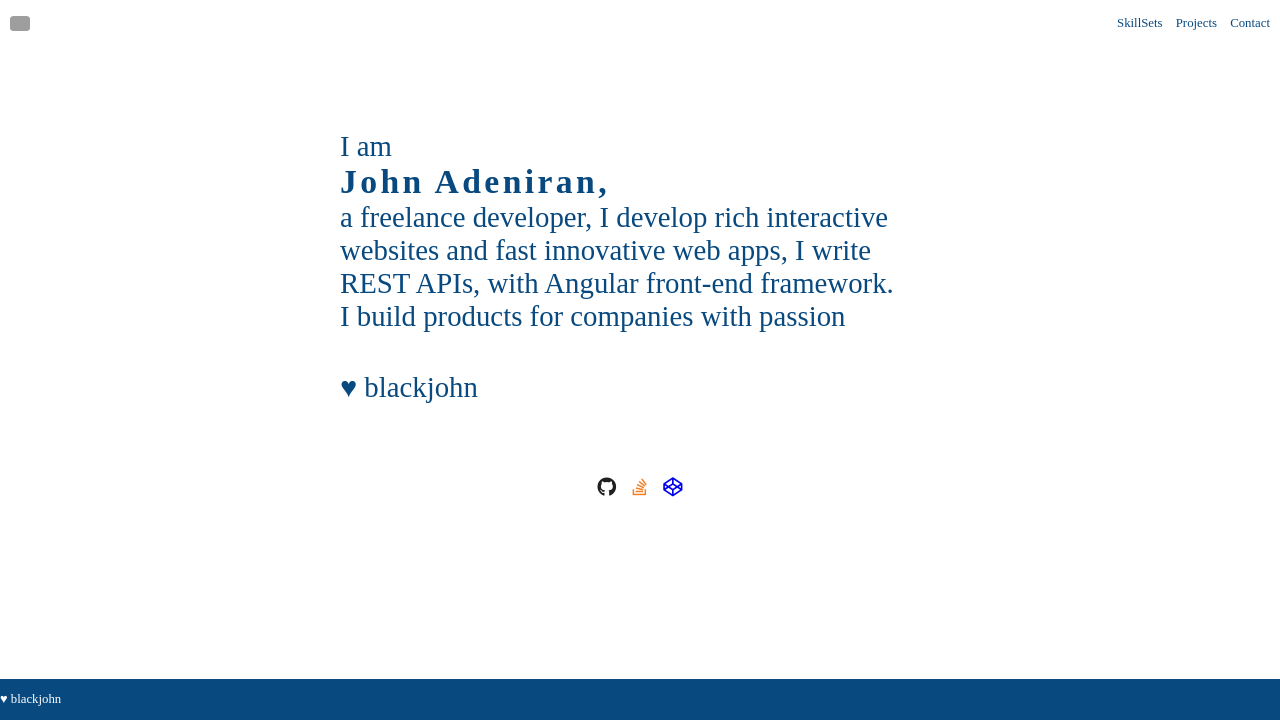
Repository: adeniranjohn/adeniranjohn.github.io
Page: index.html
The author's editor kept a copy of each file at every save. The page is drawn from the files as they stood at one save, then again after the next save.
The browser window is 1280 px wide. The pictures show the whole page.
Pictures or frames that could not be fetched are drawn as grey boxes. Some web libraries are served in a nearby version.

Above is the page before, as saved 2021-04-04 14:08:04.

### index.html
<!DOCTYPE html>
<html lang="en">

<head>
    <meta charset="utf-8">
    <meta http-equiv="X-UA-Compatible" content="IE=edge">
    <title>John Adeniran</title>
    <meta name="description" content="John Adeniran Portfolio page">

    <link rel="manifest" href="manifest.webmanifest">
    <meta name="viewport" content="width=device-width, initial-scale = 1.0,
        maximum-scale=1.0, user-scalable=no" />
        <meta name="theme-color" content="#08497F">
                                <link rel="stylesheet" href="main.css">
                                <link rel="apple-touch-icon" href="icon-192.png">
<link rel="stylesheet" href="https://use.fontawesome.com/releases/v5.8.1/css/all.css"
    integrity="sha384-50oBUHEmvpQ+1lW4y57PTFmhCaXp0ML5d60M1M7uH2+nqUivzIebhndOJK28anvf" crossorigin="anonymous">

</head>

<body>
    <noscript>




    </noscript>
    <header>
            <nav>
                    <ul>
                    <li data-tab-target="#home">
                        <img src="https://res.cloudinary.com/blackjohn/image/upload/v1554350699/BlackJohn.jpg"
                            alt="Adeniran John Profile Image">
                    </li>
                    <span>
                    <li data-tab-target="#skillset">SkillSets</li>
                    <li data-tab-target="#experience">Projects</li>
                    <li data-tab-target="#contact">Contact</li>
                    </span>
                </ul>
            </nav>

    </header>
    <main>
        <section data-section-content id="home" class="active">
            <section id="title">
            <div id="name">
                <span>I am<h1><strong>John Adeniran</strong>,</h1>
                        a freelance developer,
                      I develop rich interactive websites and fast innovative web apps,
                       I write REST APIs, with  Angular front-end framework.<br>
                      I build products for companies with passion</span><br>
                    <span>&hearts; blackjohn</span>

            </div>

            <section id="tags">
                <ul>
                    <li><a href="https://github.com/adeniranjohn" alt="GitHub" target="_blank" rel="noopener"
                            aria-label="GitHub"><i class="fab fa-github"></i></a>
                    </li>
                    <li><a href="https://stackoverflow.com/users/6594090/adeniran-john" target="_blank" rel="noopener"
                            aria-label="StackOverFlow"><i class="fab fa-stack-overflow" alt="StackOverflow"></i></a>
                    </li>
                    <li><a href="https://codepen.io/jasolajohn" alt="Codepen" target="_blank" rel="noopener"
                            aria-label="Codepen"><i class="fab fa-codepen"></i></a></li>
                </ul>

            </section>
        </section>
        </section>

        <section data-section-content id="skillset">
            <div class="skills">
                <h2><i class="fas fa-laptop-code"></i> Skill sets </h2>
                <ul class="points">

                    <li>
                        <p><strong>Framework: </strong>NodeJS | Express | Angular</p>
                    <li>
                        <p><strong>Technology: </strong>HTML | JSON | ServiceWorker | Single Page Apps | Progressive Web
                            Apps
                    </li>
                    </p>
                    </li>
                    <li>
                        <p><strong>Databases: </strong>Microsoft SQL Sever | MongoDB | MySQL | PostGreSQL</p>
                    </li>
                    <li>
                        <p><strong>IDE: </strong>Visual studio Code | Sublime | Atom</p>
                    </li>
                    <li>
                        <p><strong>Source Control: </strong>GitBash | GitHub</p>
                    </li>
                    <li>
                        <p><strong>Cloud: </strong>Azure | Google Cloud </p>
                    </li>
                    <li>
                        <p><strong>Hardware: </strong>Laptop Repair | Data Recovery | MotherBoard | Printers</p>
                    </li>
                </ul>
                <h2><i class="fas fa-laptop-code"></i> Learning... </h2>
                <ul class="points">

                    <li>
                        <p><strong>Framework: </strong>React | GraphQL</p>
                    <li>
                        <p><strong>Technology: </strong>AWS Lambda, EC2</p>
                    </li>
                    </li>
                    <li>
                        <p><strong>Cloud: </strong>Amazon Web Servicses</p>
                    </li>
                </ul>

            </div>

            </div>
        </section>
        <section data-section-content id="experience">
            <div class="experience">


            <h2><i class="fas fa-tasks"></i>Projects</h2>
            <h3>TrendyThrift</h3><span>www.trendythrift.com.ng</span>
            <ul class="points">
                <li>Tech Stack: MongoDB, Express Angular, NodeJS</li>
                <li> User Interface: Angular Material </li>
                <li>Hosting: Firebase, Heroku</li>
            </ul>
            <h3>PerfectWash</h3><span>www.perfectwash.ng</span>
            <ul class="points">
                <li>Tech Stack: MongoDB, Express Angular, NodeJS</li>
                <li> User Interface: Angular Material </li>
                <li> Hosting: Firebase, Heroku</li>
            </ul>

            <h2><i class="fas fa-tasks"></i>On-going Projects </h2>
            <h3>Co-Operative box</h3><span>www.trendythrift.com.ng</span>
            <ul class="points">
                <li>Tech Stack: PostGreSQL, Express Angular, NodeJS</li>
                <li> User Interface: Angular Material </li>
                <li>Hosting: Firebase, AWS</li>
            </ul>
            <h3>Learning Management System</h3>
            <ul class="points">
                <li>Tech Stack: MongoDB, Express Angular, NodeJS</li>
                <li> User Interface: Angular Material </li>
                <li> Hosting: Firebase, AWS</li>
            </ul>

         </div>
        </section>
        <section data-section-content id="contact">
            <div class="contact">
            <h2><i class="far fa-thumbs-up"></i>Reach out</h2>

            <div id="messageme">
                <h4>Socials</h4>
                <p><a href="https://twitter.com/jasolajohn" alt="Twitter" target="_blank" rel="noopener" aria-label="Twitter">
                    <i class="fab fa-twitter"></i> @jasolajohn</a></p>
                <p><a href="https://www.linkedin.com/in/adeniranjohn" alt="LinkedIn" target="_blank" rel="noopener"
                    aria-label="LinkedIn"><i class="fab fa-linkedin"></i> LinkedIn</a></p>
            </div>
                <h4>Contacts</h4>
                <p><a  href="mailto:jasolajohn@gmail.com"  alt="Email" target="_blank" rel="noopener"><i class="fas fa-envelope"></i>jasolajohn@gmail.com</a></p>
                <p><a href="tel: +2348031510308" alt="Phone" target="_blank" rel="noopener"><i class="fas fa-mobile-alt"></i>08131510308</a></p>
            </div>

        </section>


    </main>
<!--
<footer>
    <span><a href="https://goo.gl/maps/5BUL1kiMXyK5koTF9" alt="Location" target="_blank" rel="noopener"></a><i class="fas fa-map-marker-alt"></i>Lagos,Nigeria</span>

    <button><a href="https://docs.google.com/document/d/1spjwshgeOjIvIsZfotHmAr0LVjTlstLbj85rArdgb8A/edit?usp=sharing" alt="CV" download="adeniranjohnCV" target="_blank" rel="noreferrer">Download CV</a></button>


 </footer>-->

 <footer>
<p> &hearts; blackjohn</p>
 </footer>
<script src="main.js" async defer></script>


</body>

</html>

### main.css
html,
body {
    font-family: 'montserrat';
    padding: 0;
    margin: 0;
    font-size: 16px;
    color: #08497F;
}

body {
    width: 100%;
    max-width: 960px;

}

header {
    padding: 0;
    margin: 0;
}



h1 {
    letter-spacing: 0.1em;
    margin: 0;
    padding: 0;
}

section#title {
    display: grid;
    place-items: center;
    vertical-align: middle;
}


section#title,
section#tags {
    margin-top: 50px;
}

div#name {
    vertical-align: middle;

}

div#name span {
    padding-top: 20px;
    margin: 0 auto;
    display: block;
    font-size: 10px;
    text-align: left;
    max-width: 600px;
    font-size: 1.8rem;
}


div#messageme a {
    text-decoration: none;
}

section#title {
    text-align: center;
    padding: 10px;
}

section#tags {
    text-align: center;
}

section#tags ul {
    display: flex;
    list-style-type: none;
    max-width: 500px;
    flex-flow: row;
    flex-wrap: wrap;
    margin: 10px auto;
    padding: 5px;
}




section#tags ul li i {
    font-size: 1.2em;

}

section#tags ul li {
    display: flex;
    margin: auto;
    padding: 0.2em;
}

div.skills,
div.contact,
div.experience {
    margin: 0 auto;
    padding: 10px;
}

nav {
    padding: 0;
    margin: 0 auto;
    line-height: 20px;
    position: fixed;
    top: 0px;
    width: 100vw;
    cursor: pointer;
    display: block;
    font-size: 0.8em;
}

nav ul {
    list-style-type: none;
    padding: 0 5px;
    display: block;

}

nav ul span {
    float: right;
}

nav ul span::after {
    clear: both;
}




nav ul li {
    padding: 5px;
    display: inline;
    color: #08497F;
    text-align: center;
    list-style-type: none;
    font-weight: 500;

}

nav ul li img {
    width: 20px;
    vertical-align: middle;
    border-radius: 20%;
}


nav ul li img:hover {
    width: 30px;
}

nav ul li:hover {
    font-size: 125%;

}

a {
    text-decoration: none;
}

i {
    padding: 5px;
}

p.techskill {
    font-size: 2.5em;
}

p.techskill i.fa-html5 {
    color: #F16529;
}

.fa-css3 {
    color: #264de4;
}

.fa-js {
    color: #323330;
    background-color: #F0DB4F;
    padding: 0;
}

.fa-node-js {
    color: #3C873A;
}

.fa-angular {
    color: #B52E31;
}

.fa-git {
    color: #f34f29;
}

.fa-whatsapp {
    color: #4FCE5D;
}

.fa-twitter {
    color: #00acee;
}

.fa-envelope {
    color: red;
}

.fa-mobile-alt {
    color: black;
}

.fa-map-marker-alt {
    color: red;
}

section#tags ul li i.fa-github {
    color: #211F1F;
}

section#tags ul li i.fa-stack-overflow {
    color: #F48024
}

section#tags ul li i.fa-linkedin {
    color: #0e76a8;
}

span.date {
    font-size: 0.8em;
}

label {
    display: block;
}



button {
    margin: 0.5em 0;
}


footer {
    position: fixed;
    bottom: 0px;
    display: flex;
    flex-flow: row;
    background-color: #08497F;
    width: 100vw;
    justify-content: space-between;
    color: white;
    font-size: 0.8em;
}

footer span {
    text-decoration: none;
    color: white;
    padding: 2px;


}

footer button {
    background-color: white;
    color: #08497F;
    border-radius: 5px;
}


[data-section-content],
article {
    display: none;


    padding: 0;
    margin: 0;
}

article#home {
    padding: 100px 10px;
}

.active[data-section-content] {
    display: block;
    padding: 50px 10px 10px 10px;
    box-sizing: border-box;
    height: 90vh;
    width: 100vw;
}

button {
    border: none;
    padding: 5px;
    box-shadow: none;
    color: white;
}

button a {
    text-decoration: none;
}

a:visited {
    text-decoration: none;
}

### main.js


const tabs = document.querySelectorAll('[data-tab-target]');
const tabContents = document.querySelectorAll('[data-section-content]');


tabs.forEach((tab) => {
    tab.addEventListener('click', () => {
        const target = document.querySelector(tab.dataset.tabTarget);
        tabContents.forEach(( tabContent) => {
            tabContent.classList.remove('active');
        })
        target.classList.add('active');

    })
})

After the next save:
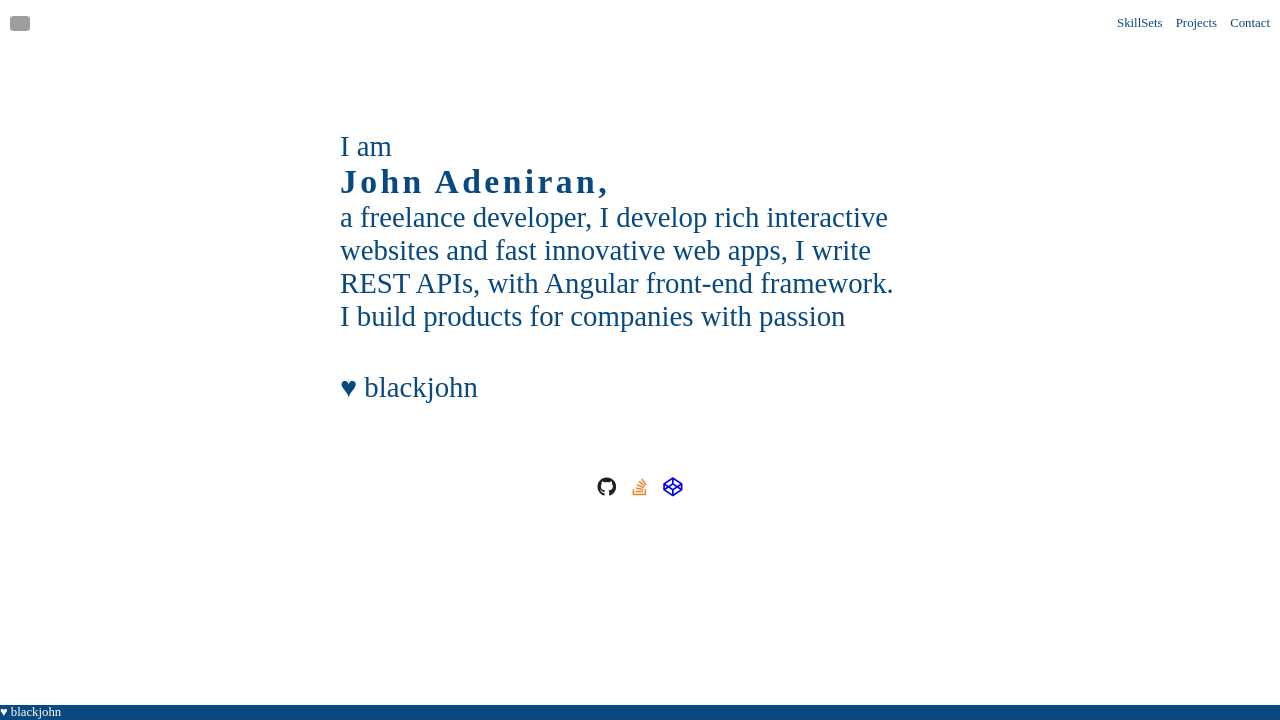
Saved 7 s later.
--- a/index.html
+++ b/index.html
@@ -181,7 +181,7 @@
  </footer>-->
 
  <footer>
-<p> &hearts; blackjohn</p>
+<sp> &hearts; blackjohn</sp>
  </footer>
 <script src="main.js" async defer></script>
 
